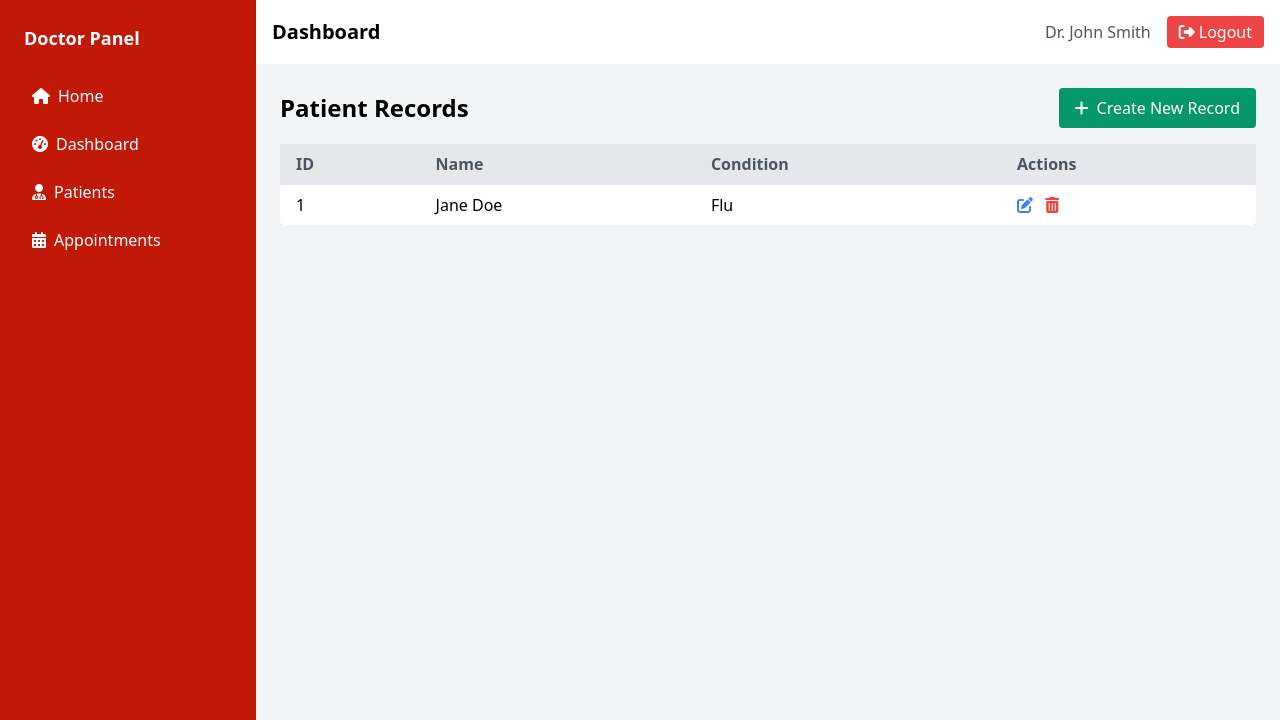
Repository: BinuriJ/HospitalSystem
Page: http://localhost/CyborgSys/DoctorDashboard.jsp
The author's editor kept a copy of each file at every save. The page is drawn from the files as they stood at one save, then again after the next save.
The browser window is 1280 px wide. The pictures show the whole page.
Some web libraries are served in a nearby version. The page is served by Tomcat 9.

Above is the page before, as saved 2025-05-08 17:00:10.

After the next save:
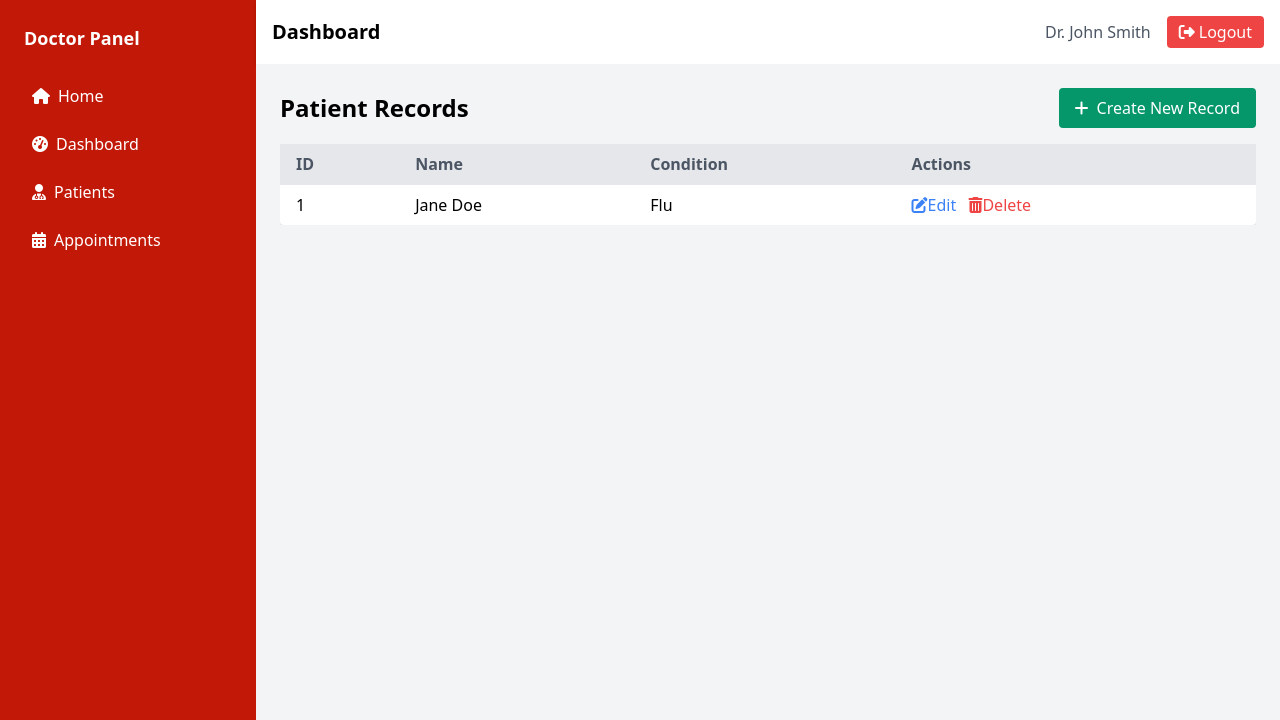
Saved 99 s later.
--- a/CyborgSys/WebContent/DoctorDashboard.jsp
+++ b/CyborgSys/WebContent/DoctorDashboard.jsp
@@ -66,10 +66,10 @@
                 <td class="py-2 px-4">Flu</td>
                 <td class="py-2 px-4 space-x-2">
                   <button class="text-blue-500 hover:text-blue-700" title="Edit">
-                    <i class="fas fa-edit"></i>
+                    <i class="fas fa-edit"></i>Edit
                   </button>
                   <button class="text-red-500 hover:text-red-700" title="Delete">
-                    <i class="fas fa-trash-alt"></i>
+                    <i class="fas fa-trash-alt"></i>Delete
                   </button>
                 </td>
               </tr>
